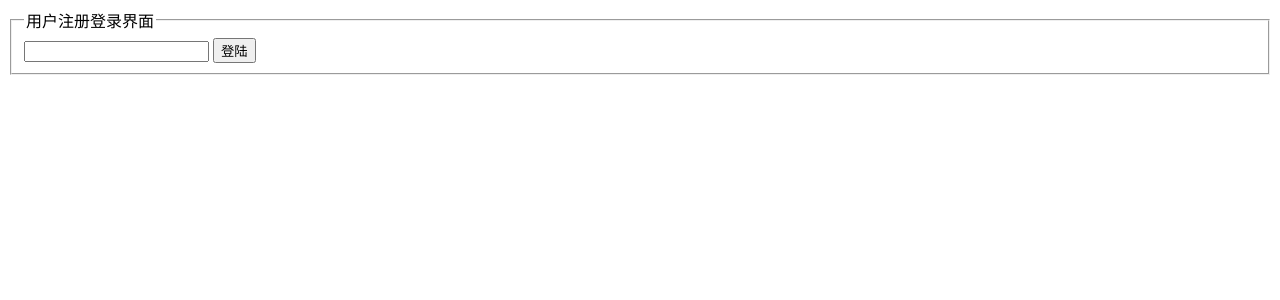
Repository: 420112677/SpringMVC
Page: http://localhost/SpringMVCTeset/login.jsp
The author's editor kept a copy of each file at every save. The page is drawn from the files as they stood at one save, then again after the next save.
The browser window is 1280 px wide. The pictures show the whole page.
The page is served by Tomcat 9. Other server files are loaded and not shown.

Above is the page before, as saved 2019-02-14 13:33:54.

### SpringMVCTeset/src/main/webapp/login.jsp
<%@ page language="java" contentType="text/html; charset=utf-8"
    pageEncoding="utf-8"%>
<!DOCTYPE html PUBLIC "-//W3C//DTD HTML 4.01 Transitional//EN" "http://www.w3.org/TR/html4/loose.dtd">
<html>
<head>
<meta http-equiv="Content-Type" content="text/html; charset=utf-8">
<title>Insert title here</title>
</head>
<body>
	<fieldset>
		<legend>用户注册登录界面</legend>
		<form action="/login" method="post">
			<input name="id" type="text"></input>
			<button>登陆</button>
		</form>
	</fieldset>
</body>
</html>

After the next save:
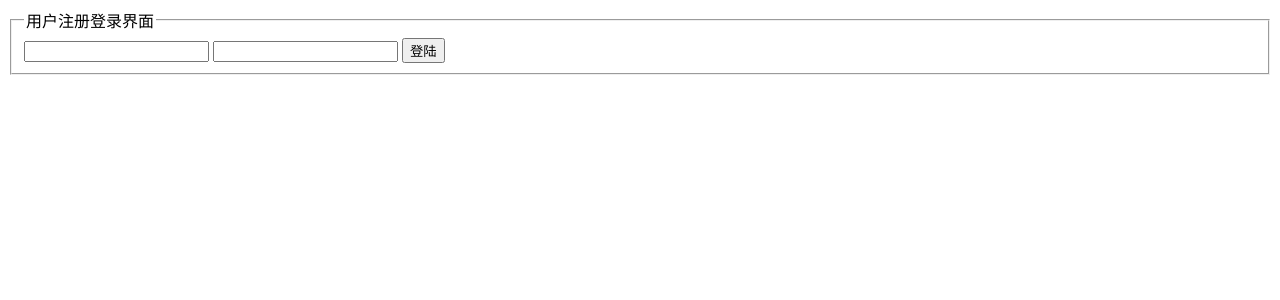
Saved 13 s later.
--- a/SpringMVCTeset/src/main/webapp/login.jsp
+++ b/SpringMVCTeset/src/main/webapp/login.jsp
@@ -11,6 +11,7 @@
 		<legend>用户注册登录界面</legend>
 		<form action="/login" method="post">
 			<input name="id" type="text"></input>
+			<input name="id" type="text"></input>
 			<button>登陆</button>
 		</form>
 	</fieldset>
